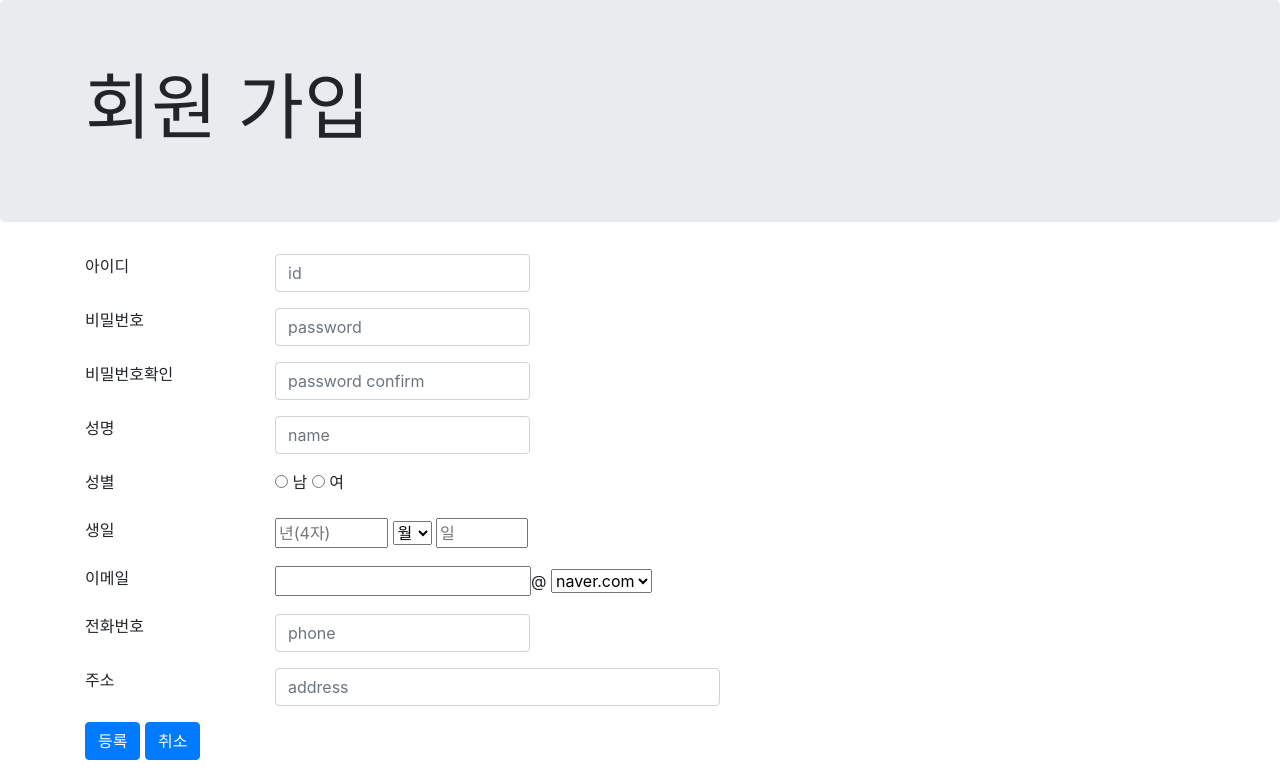
Repository: hodob/JSP_Practice
Page: http://localhost/JSP_WebMarket_JJH/ch06_ex/sign_up.jsp
The author's editor kept a copy of each file at every save. The page is drawn from the files as they stood at one save, then again after the next save.
The browser window is 1280 px wide. The pictures show the whole page.
The page is served by Tomcat 9.

Above is the page before, as saved 2022-08-10 07:08:54.

After the next save:
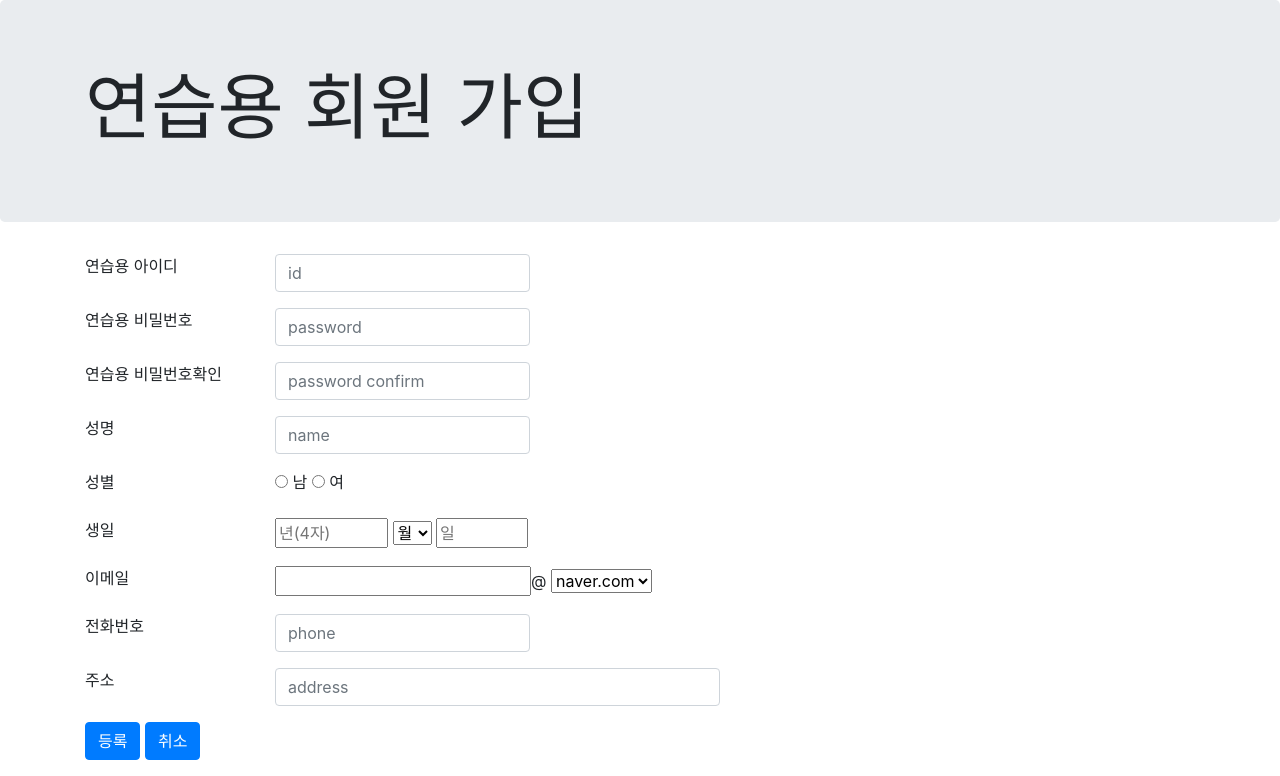
Saved 39 s later.
--- a/JSP_WebMarket_JJH/WebContent/ch06_ex/sign_up.jsp
+++ b/JSP_WebMarket_JJH/WebContent/ch06_ex/sign_up.jsp
@@ -27,26 +27,26 @@
 
 	<div class="jumbotron">
 		<div class="container">
-			<h1 class="display-3">회원 가입</h1>
+			<h1 class="display-3">연습용 회원 가입</h1>
 		</div>
 	</div>
 
 	<div class="container">
 		<form name="newMember" class="form-horizontal"  action="process_sign_up.jsp" method="post" onsubmit="return checkForm()">
 			<div class="form-group  row">
-				<label class="col-sm-2 ">아이디</label>
+				<label class="col-sm-2 ">연습용 아이디</label>
 				<div class="col-sm-3">
 					<input name="id" type="text" class="form-control" placeholder="id" >
 				</div>
 			</div>
 			<div class="form-group  row">
-				<label class="col-sm-2">비밀번호</label>
+				<label class="col-sm-2">연습용 비밀번호</label>
 				<div class="col-sm-3">
 					<input name="password" type="text" class="form-control" placeholder="password" >
 				</div>
 			</div>
 			<div class="form-group  row">
-				<label class="col-sm-2">비밀번호확인</label>
+				<label class="col-sm-2">연습용 비밀번호확인</label>
 				<div class="col-sm-3">
 					<input name="password_confirm" type="text" class="form-control" placeholder="password confirm" >
 				</div>
